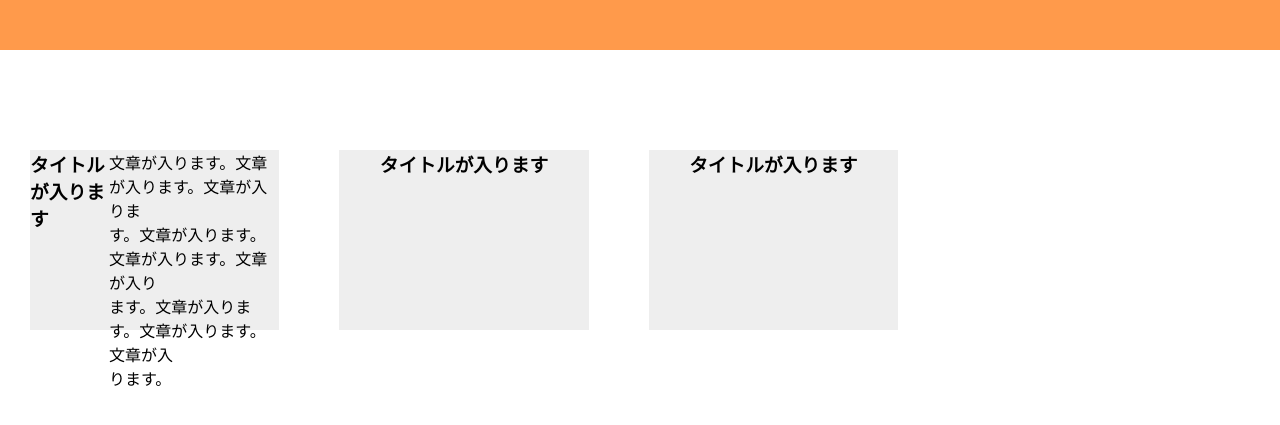
Repository: yesohnuki/shinya-ohnuki
Page: caravan/10.html
The author's editor kept a record of every edit. The page is drawn from the files as they stood at one moment, then again after the next edit.
The browser window is 1280 px wide. The pictures show the whole page.

Above is the page before.

After the next edit:
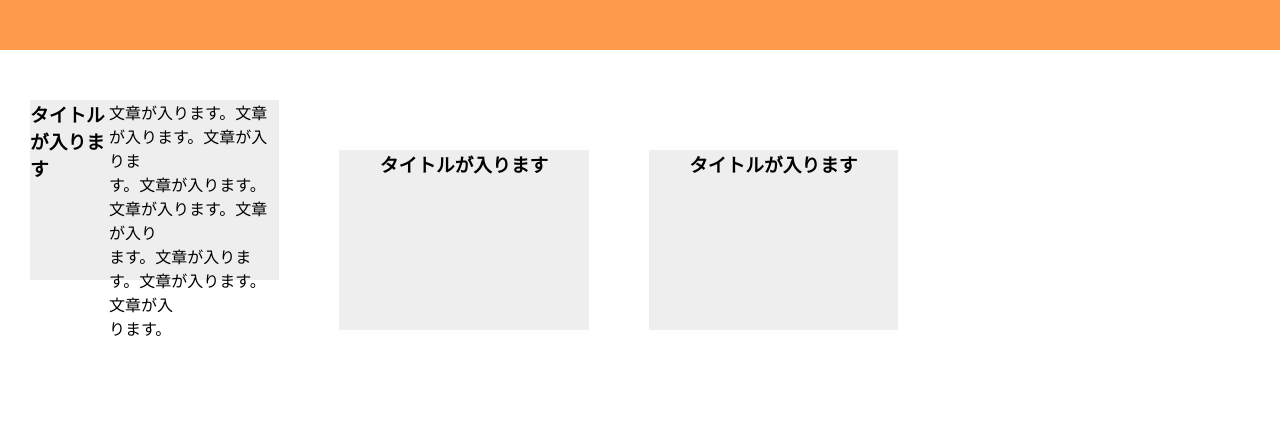
The edit:
--- a/caravan/10.css
+++ b/caravan/10.css
@@ -24,8 +24,6 @@
   background-color: #EEEEEE;
   display: flex; /* Flexboxの利用 */
   justify-content: center;
-  margin-top: 50px;
-  margin-bottom: 50px;
   margin-right: 30px; /* 領域の右側余白 */
   margin-left: 30px;
 }
